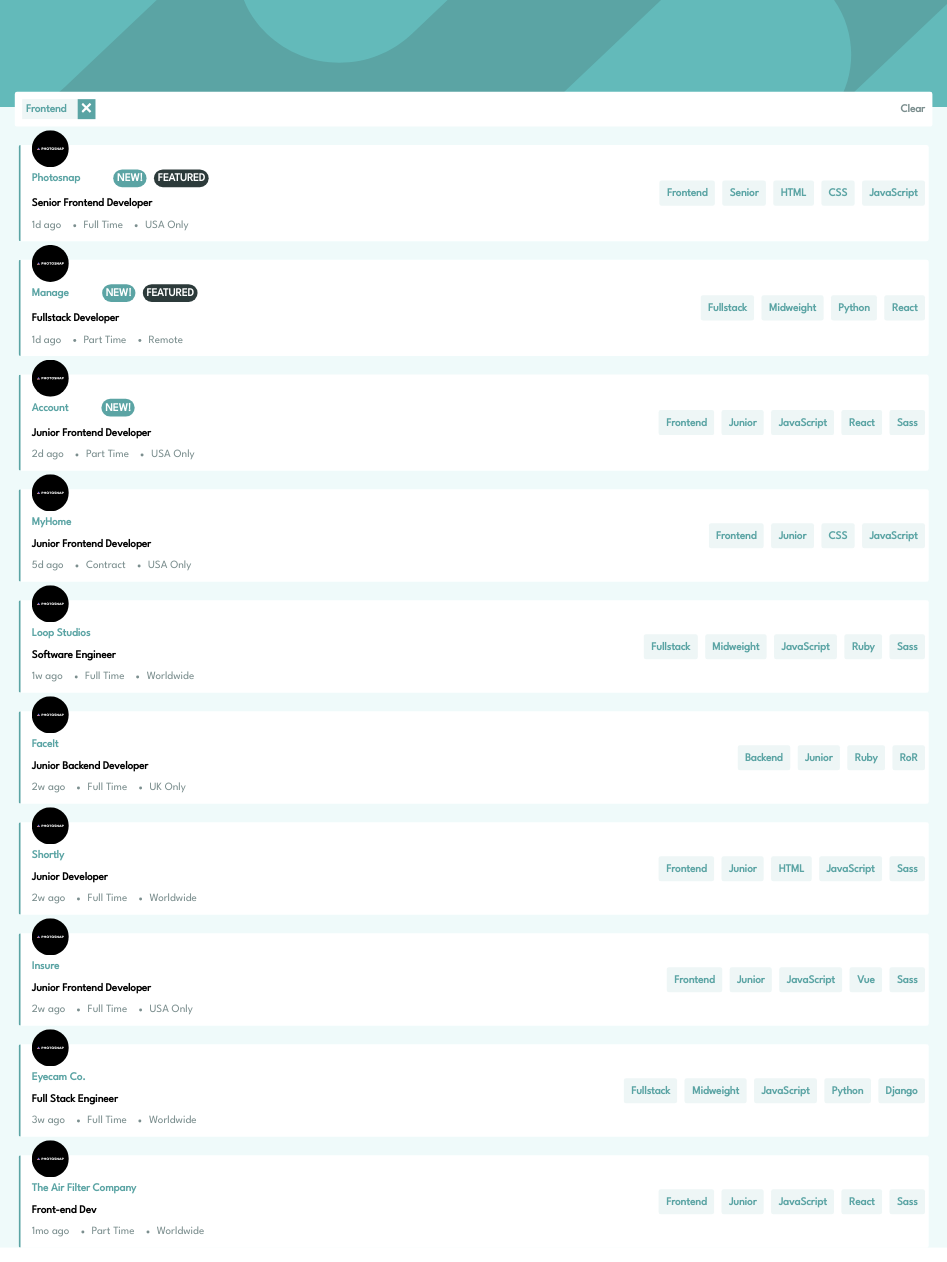
Repository: DevLaukey/job-listing
Page: /
The author's editor kept a copy of each file at every save. The page is drawn from the files as they stood at one save, then again after the next save.
The browser window is 1280 px wide. The pictures show the whole page, at 74% of full size.
Some web fonts or font styles are not loaded; a fallback is used. The project was rebuilt for these pictures with package versions that can differ from the ones it lists, and the page was loaded fresh each time.

Above is the page before, as saved 2022-06-03 01:06:10.

### src/App.js
import "./App.css";
import Filter from "./components/Filter";
import Header from "./components/Header";
import Tablet from "./components/Tablet";
import data from "./data.json";

function App() {
  const tablets = data.map((data) => <Tablet
    key={data.id}
    company={data.company}
    neew={data.new}
    featured={data.featured}
    position={data.position}
    role={data.role}
    level={data.level}
    postedAt={data.postedAt}
    contract={data.contract}
    location={data.location}
    languages={data.languages}
    tools={data.tools}
    logo={data.logo} />);
  return (
    <div className="App">
      <Header />
      <Filter />
      <div className="content">{tablets}</div>
    </div>
  );
}

export default App;

### src/App.css
@import url('https://fonts.googleapis.com/css2?family=Grape+Nuts&family=League+Spartan&display=swap');
*{
  margin: 0;
  padding: 0;
  box-sizing: border-box;
}
.App{
  background-color: hsl(180, 52%, 96%);
  font-size: 15px;
}

### src/components/Filter.js
import React from 'react'
import icon from "./images/icon-remove.svg";
function Filter() {
  return (
      <div className="tablet filter">
          <div className="option">
              <p className="front-end">Frontend</p>
              <div className="icon">

              <img src={icon } alt="" />
              </div>
          </div>
          <div className="clear">
             <p>Clear</p>
          </div>
    </div>
  )
}

export default Filter

### src/components/Header.js
import React from 'react'
import "./styles.css"

function Header() {
  return (
    <header className='header'></header>
  )
}

export default Header

### src/components/Tablet.js
import React from "react";
import "./styles.css";
import logos from "./images/photosnap.svg";
function Tablet({ key, company, logo, neew, featured, position, role, level, postedAt, contract, location, languages, tools }) {
    // console.log(logo);
    // const logos = require(logo).default;
    // console.log(logos)
    return (
      <div className="tablet boarder">
        <div className="tablet_content" >
          <img className="image" src={logos} alt="" />

          <div className="heading">
            <div className="company">
              <p>{company}</p>
            </div>
            <div>{neew && <p className="new">NEW!</p>}</div>
            <div>{featured && <p className="featured">FEATURED</p>}</div>
          </div>
          <div className="title">
            <p>{position}</p>
          </div>
          <div className="details">
            <p>{postedAt}</p>
            <ul className="list">
              <li>{contract}</li>
              <li className="country">{location}</li>
            </ul>
          </div>
          <hr className="line" />
        </div>
          <div className="tags">
            <p className="category">{role}</p>
            <p className="category">{level}</p>
            {languages.map((language) => (
              <p className="category"> {language}</p>
            ))}
            {tools.map((tool) => (
              <p className="category"> {tool}</p>
            ))}
          </div>
      </div>
    );
}

export default Tablet;

### src/components/styles.css
.header {
  background-image: url(../assets/bg-header-mobile.svg);
  padding: 10vh;
  background-color: hsl(180, 29%, 50%);
}
.tablet {
  background-color: white;
  margin: 25px 25px 20px 25px;
  font-family: "League Spartan", sans-serif;
  border-radius: 3px;
  font-weight: 700;
}
.boarder {
  border-left: 3px solid hsl(180, 29%, 50%);
}
.tablet_content {
  margin-left: 15px;
  margin-right: 25px;
  align-items: center;
}
.image {
  height: 50px;
  margin-top: -20px;
}
.heading {
  display: flex;
}
.company {
  color: hsl(180, 29%, 50%);
  margin-right: 3em;
  margin-top: 5px;
}
.new {
  background-color: hsl(180, 29%, 50%);
  padding: 5px;
  color: white;
  border-radius: 25px;
  margin-right: 10px;
}
.featured {
  background-color: hsl(180, 14%, 20%);
  padding: 5px;
  color: white;
  border-radius: 25px;
}
.title {
  margin-top: 15px;
}
.details {
  display: flex;
  color: hsl(180, 8%, 52%);
  font-weight: 400;
  margin-top: 15px;
  margin-bottom: 15px;
}
.list {
  display: flex;
  margin-left: 2em;
}
.country {
  margin-left: 2em;
}
.line {
  margin-bottom: 15px;
  color: gray;
}
.tags {
  color: hsl(180, 29%, 50%);
  display: flex;
  flex-wrap: wrap;
}
.category {
  background-color: hsl(180, 31%, 95%);
  padding: 10px;
  border-radius: 3px;
  margin: 5px;
}

.filter {
  display: flex;
  padding: 10px;
  border-radius: 3px;
  margin: -20px 20px 5px 20px;
  flex-wrap: wrap;
  justify-content: space-between;
}
.option {
    background-color: hsl(180, 31%, 95%);
  color: hsl(180, 29%, 50%);
  display: flex;
  align-items: center;
  width : fit-content;
}
.front-end{
 padding: 5px;
}
.icon {
  margin-left: 10px;
 flex-grow: 1;
 height:100%;
 padding: 5px;
  background-color: hsl(180, 29%, 50%);
}
.clear{
      color: hsl(180, 8%, 52%);

}
/* media query */

@media screen and (min-width: 768px) {
  .header {
    background-image: url(../assets/bg-header-desktop.svg);
  }
  .line {
    display: none;
  }
  .tablet {
    display: flex;
    align-items: center;
    justify-content: space-between;
  }
}

Loaded but not shown: public/index.html (common file); src/index.js (common file); src/index.css (common file); src/reportWebVitals.js (common file); src/data.json (common file)

After the next save:
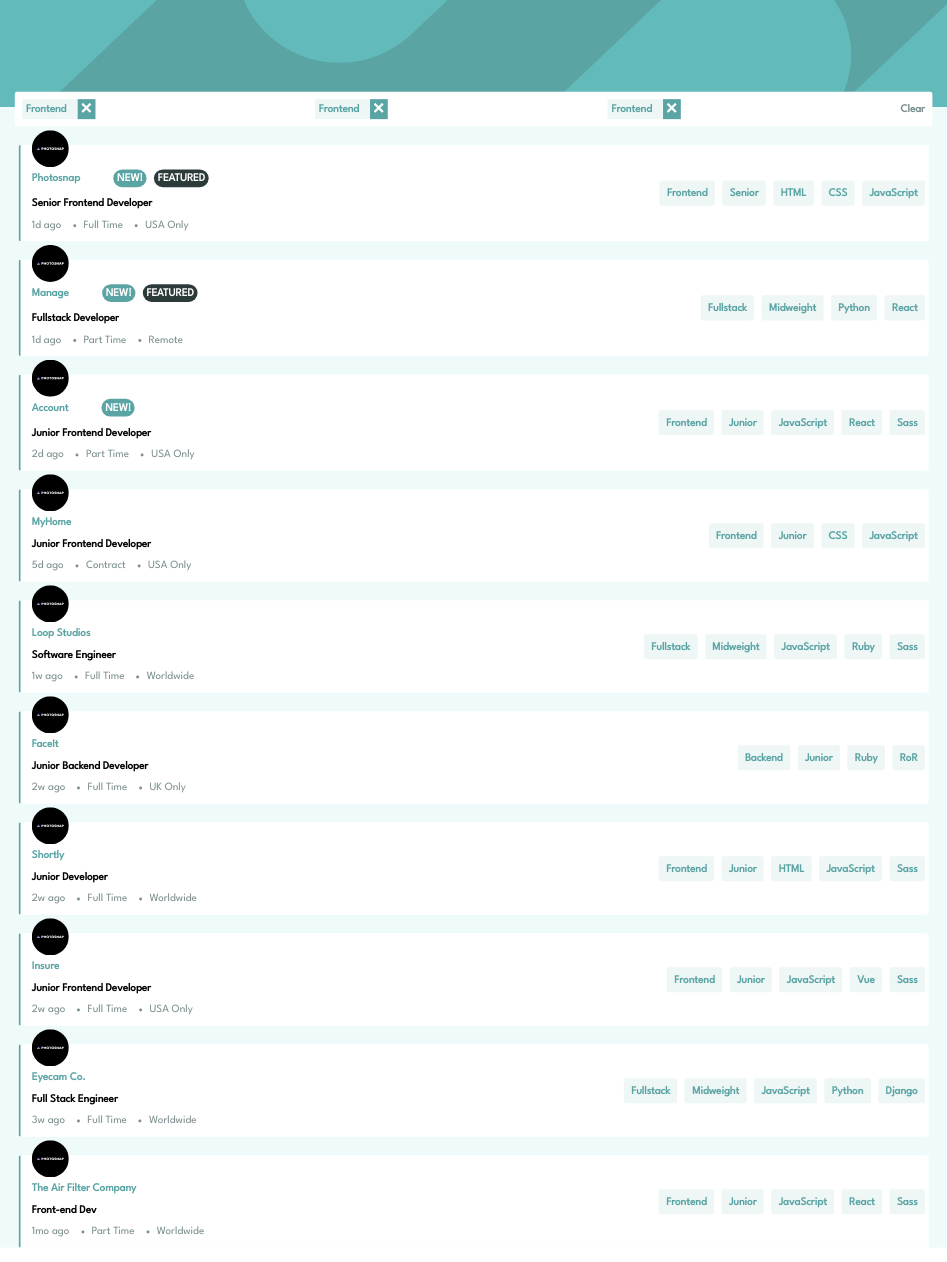
Saved 23 s later.
--- a/src/components/Filter.js
+++ b/src/components/Filter.js
@@ -2,19 +2,30 @@ import React from 'react'
 import icon from "./images/icon-remove.svg";
 function Filter() {
   return (
-      <div className="tablet filter">
-          <div className="option">
-              <p className="front-end">Frontend</p>
-              <div className="icon">
-
-              <img src={icon } alt="" />
-              </div>
-          </div>
-          <div className="clear">
-             <p>Clear</p>
-          </div>
+    <div className="tablet filter">
+      <div className="option">
+        <p className="front-end">Frontend</p>
+        <div className="icon">
+          <img src={icon} alt="" />
+        </div>
+      </div>
+      <div className="option">
+        <p className="front-end">Frontend</p>
+        <div className="icon">
+          <img src={icon} alt="" />
+        </div>
+      </div>
+      <div className="option">
+        <p className="front-end">Frontend</p>
+        <div className="icon">
+          <img src={icon} alt="" />
+        </div>
+      </div>
+      <div className="clear">
+        <p>Clear</p>
+      </div>
     </div>
-  )
+  );
 }
 
 export default Filter
